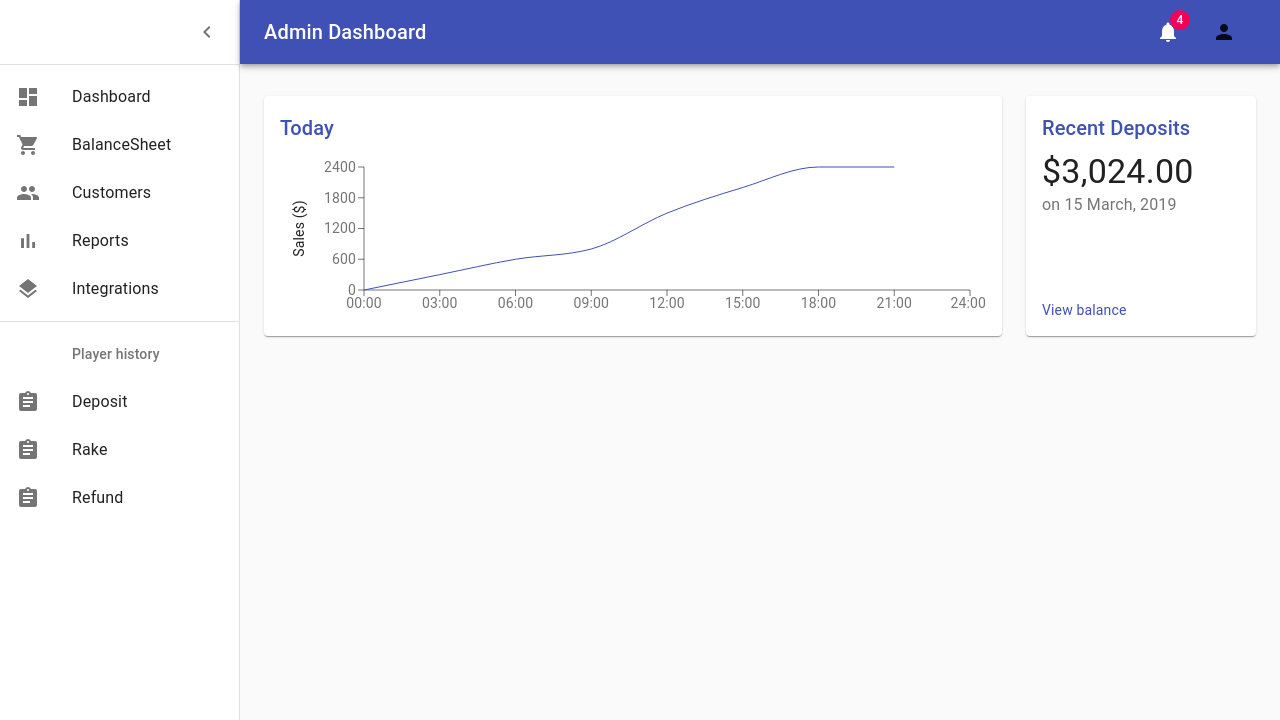
Repository: imayankbisht/ludofrontend
Page: /Dashboard
These files come from the project's save history. The page is drawn as it stood at one moment and after the next save; the edit follows.
The browser window is 1280 px wide. The pictures show the whole page.
The project was rebuilt for these pictures with package versions that can differ from the ones it lists, and the page was loaded fresh each time. Also part of the build but not shown: src/components/Orders.js, src/axios.js, src/components/login.js. Imported but missing from the stored project, and not drawn on this page: src/containers.

Above is the page before, as saved 2021-01-14 22:05:19.

### src/App.js
import React from 'react';
import './App.css';
import {
  BrowserRouter as Router,
  Switch,
  Route,
 Redirect
} from "react-router-dom";
import SignInOutContainer from './containers';
import Dashboard from './components/Dashboard';
import Login from './components/login';
 function App() {
  return (
    <div className="App">
  <Router >
    <Switch>
      <Route path="/login" component={SignInOutContainer} />
      <Route path="/Dashboard" component={Dashboard} />
      <Redirect from="/" to="/login" />
    </Switch>
  </Router>
      </div>
  );
}


export default App;

### src/App.css
.App {
  /* text-align: center; */

}

.App-logo {
  height: 40vmin;
  pointer-events: none;
}

@media (prefers-reduced-motion: no-preference) {
  .App-logo {
    animation: App-logo-spin infinite 20s linear;
  }
}

.App-header {
  background-color: #282c34;
  min-height: 100vh;
  display: flex;
  flex-direction: column;
  align-items: center;
  justify-content: center;
  font-size: calc(10px + 2vmin);
  color: white;
}

.App-link {
  color: #61dafb;
}

@keyframes App-logo-spin {
  from {
    transform: rotate(0deg);
  }
  to {
    transform: rotate(360deg);
  }
}

### src/components/Dashboard.js
import React from 'react';
import clsx from 'clsx';
import { makeStyles } from '@material-ui/core/styles';
import CssBaseline from '@material-ui/core/CssBaseline';
import Drawer from '@material-ui/core/Drawer';
import Box from '@material-ui/core/Box';
import AppBar from '@material-ui/core/AppBar';
import Toolbar from '@material-ui/core/Toolbar';
import List from '@material-ui/core/List';
import Typography from '@material-ui/core/Typography';
import Divider from '@material-ui/core/Divider';
import IconButton from '@material-ui/core/IconButton';
import Badge from '@material-ui/core/Badge';
import Container from '@material-ui/core/Container';
import Grid from '@material-ui/core/Grid';
import Paper from '@material-ui/core/Paper';
// import Link from '@material-ui/core/Link';
import MenuIcon from '@material-ui/icons/Menu';
import ChevronLeftIcon from '@material-ui/icons/ChevronLeft';
import NotificationsIcon from '@material-ui/icons/Notifications';
import { mainListItems, secondaryListItems } from './listItems';
import Chart from './Chart';
import Deposits from './Deposits';
import Orders from './Orders';
import MenuItem from "@material-ui/core/MenuItem";
import MenuList from "@material-ui/core/MenuList";
import Hidden from "@material-ui/core/Hidden";
import Grow from "@material-ui/core/Grow";
import Poppers from "@material-ui/core/Popper";
import ClickAwayListener from "@material-ui/core/ClickAwayListener";
import Person from "@material-ui/icons/Person";
import classNames from "classnames";
import Button from "@material-ui/core/Button";
import {Link} from 'react-router-dom';

const drawerWidth = 240;

const useStyles = makeStyles((theme) => ({
  root: {
    display: 'flex',
  },
  toolbar: {
    paddingRight: 24, // keep right padding when drawer closed
  },
  toolbarIcon: {
    display: 'flex',
    alignItems: 'center',
    justifyContent: 'flex-end',
    padding: '0 8px',
    ...theme.mixins.toolbar,
  },
  appBar: {
    zIndex: theme.zIndex.drawer + 1,
    transition: theme.transitions.create(['width', 'margin'], {
      easing: theme.transitions.easing.sharp,
      duration: theme.transitions.duration.leavingScreen,
    }),
  },
  appBarShift: {
    marginLeft: drawerWidth,
    width: `calc(100% - ${drawerWidth}px)`,
    transition: theme.transitions.create(['width', 'margin'], {
      easing: theme.transitions.easing.sharp,
      duration: theme.transitions.duration.enteringScreen,
    }),
  },
  menuButton: {
    marginRight: 36,
  },
  menuButtonHidden: {
    display: 'none',
  },
  title: {
    flexGrow: 1,
  },
  drawerPaper: {
    position: 'relative',
    whiteSpace: 'nowrap',
    width: drawerWidth,
    transition: theme.transitions.create('width', {
      easing: theme.transitions.easing.sharp,
      duration: theme.transitions.duration.enteringScreen,
    }),
  },
  drawerPaperClose: {
    overflowX: 'hidden',
    transition: theme.transitions.create('width', {
      easing: theme.transitions.easing.sharp,
      duration: theme.transitions.duration.leavingScreen,
    }),
    width: theme.spacing(7),
    [theme.breakpoints.up('sm')]: {
      width: theme.spacing(9),
    },
  },
  appBarSpacer: theme.mixins.toolbar,
  content: {
    flexGrow: 1,
    height: '100vh',
    overflow: 'auto',
  },
  container: {
    paddingTop: theme.spacing(4),
    paddingBottom: theme.spacing(4),
  },
  paper: {
    padding: theme.spacing(2),
    display: 'flex',
    overflow: 'auto',
    flexDirection: 'column',
  },
  fixedHeight: {
    height: 240,
  },
}));

 function Dashboard() {
  const classes = useStyles();
  const [open, setOpen] = React.useState(true);
  const [openProfile, setOpenProfile] = React.useState(null);
  const handleClickProfile = event => {
    if (openProfile && openProfile.contains(event.target)) {
      setOpenProfile(null);
    } else {
      setOpenProfile(event.currentTarget);
    }
  };
  const handleCloseProfile = () => {
    setOpenProfile(null);
  };
  const handleDrawerOpen = () => {
    setOpen(true);
  };
  const handleDrawerClose = () => {
    setOpen(false);
  };
  const fixedHeightPaper = clsx(classes.paper, classes.fixedHeight);

  return (
    <div className={classes.root}>
      <CssBaseline />
      <AppBar position="absolute" className={clsx(classes.appBar, open && classes.appBarShift)}>
        <Toolbar className={classes.toolbar}>
          <IconButton
            edge="start"
            color="inherit"
            aria-label="open drawer"
            onClick={handleDrawerOpen}
            className={clsx(classes.menuButton, open && classes.menuButtonHidden)}
          >
            <MenuIcon />
          </IconButton>
          <Typography component="h1" variant="h6" color="inherit" noWrap className={classes.title}>
          Admin Dashboard
          </Typography>
          <IconButton color="inherit">
            <Badge badgeContent={4} color="secondary">
              <NotificationsIcon />
            </Badge>
          </IconButton>
          <Button
          color={window.innerWidth > 959 ? "transparent" : "white"}
          justIcon={window.innerWidth > 959}
          simple={!(window.innerWidth > 959)}
          aria-owns={openProfile ? "profile-menu-list-grow" : null}
          aria-haspopup="true"
          onClick={handleClickProfile}
          className={classes.buttonLink}
        >
          <Person className={classes.icons} />
          <Hidden mdUp implementation="css">
            <p className={classes.linkText}>Profile</p>
          </Hidden>
        </Button>
        <Poppers
          open={Boolean(openProfile)}
          anchorEl={openProfile}
          transition
          disablePortal
          className={
            classNames({ [classes.popperClose]: !openProfile }) +
            " " +
            classes.popperNav
          }
        >
          {({ TransitionProps, placement }) => (
            <Grow
              {...TransitionProps}
              id="profile-menu-list-grow"
              style={{
                transformOrigin:
                  placement === "bottom" ? "center top" : "center bottom"
              }}
            >
              <Paper>
                <ClickAwayListener onClickAway={handleCloseProfile}>
                  <MenuList role="menu">
                    <MenuItem
                      onClick={handleCloseProfile}
                      className={classes.dropdownItem}
                    >
                      Profile
                    </MenuItem>
                    <MenuItem
                      onClick={handleCloseProfile}
                      className={classes.dropdownItem}
                    >
                      Settings
                    </MenuItem>
                    <Divider light />
                    <Link to="login">
                    <MenuItem
                      onClick={handleCloseProfile}
                      className={classes.dropdownItem}
                    >
                      Logout
                    </MenuItem>
                    </Link>
                  </MenuList>
                </ClickAwayListener>
              </Paper>
            </Grow>
          )}
        </Poppers>
        </Toolbar>
      </AppBar>
      <Drawer
        variant="permanent"
        classes={{
          paper: clsx(classes.drawerPaper, !open && classes.drawerPaperClose),
        }}
        open={open}
      >
        <div className={classes.toolbarIcon}>
          <IconButton onClick={handleDrawerClose}>
            <ChevronLeftIcon />
          </IconButton>
        </div>
        <Divider />
        <List>{mainListItems}</List>
        <Divider />
        <List>{secondaryListItems}</List>
      </Drawer>
      <main className={classes.content}>
        <div className={classes.appBarSpacer} />
        <Container maxWidth="lg" className={classes.container}>
          <Grid container spacing={3}>
            {/* Chart */}
            <Grid item xs={12} md={8} lg={9}>
              <Paper className={fixedHeightPaper}>
                <Chart />
              </Paper>
            </Grid>
            {/* Recent Deposits */}
            <Grid item xs={12} md={4} lg={3}>
              <Paper className={fixedHeightPaper}>
                <Deposits />
              </Paper>
            </Grid>
            {/* Recent Orders */}
            {/* <Grid item xs={12}>
              <Paper className={classes.paper}>
                <Orders />
              </Paper>
            </Grid> */}
          </Grid>

        </Container>
      </main>
    </div>
  );
}
export default Dashboard;

### src/components/listItems.js
import React from 'react';
import ListItem from '@material-ui/core/ListItem';
import ListItemIcon from '@material-ui/core/ListItemIcon';
import ListItemText from '@material-ui/core/ListItemText';
import ListSubheader from '@material-ui/core/ListSubheader';
import DashboardIcon from '@material-ui/icons/Dashboard';
import ShoppingCartIcon from '@material-ui/icons/ShoppingCart';
import PeopleIcon from '@material-ui/icons/People';
import BarChartIcon from '@material-ui/icons/BarChart';
import LayersIcon from '@material-ui/icons/Layers';
import AssignmentIcon from '@material-ui/icons/Assignment';

export const mainListItems = (
  <div>
    <ListItem button>
      <ListItemIcon>
        <DashboardIcon />
      </ListItemIcon>
      <ListItemText primary="Dashboard" />
    </ListItem>
    <ListItem button>
      <ListItemIcon>
        <ShoppingCartIcon />
      </ListItemIcon>
      <ListItemText primary="BalanceSheet" />
    </ListItem>
    <ListItem button>
      <ListItemIcon>
        <PeopleIcon />
      </ListItemIcon>
      <ListItemText primary="Customers" />
    </ListItem>
    <ListItem button>
      <ListItemIcon>
        <BarChartIcon />
      </ListItemIcon>
      <ListItemText primary="Reports" />
    </ListItem>
    <ListItem button>
      <ListItemIcon>
        <LayersIcon />
      </ListItemIcon>
      <ListItemText primary="Integrations" />
    </ListItem>
  </div>
);

export const secondaryListItems = (
  <div>
    <ListSubheader inset>Player history</ListSubheader>
    <ListItem button>
      <ListItemIcon>
        <AssignmentIcon />
      </ListItemIcon>
      <ListItemText primary="Deposit" />
    </ListItem>
    <ListItem button>
      <ListItemIcon>
        <AssignmentIcon />
      </ListItemIcon>
      <ListItemText primary="Rake" />
    </ListItem>
    <ListItem button>
      <ListItemIcon>
        <AssignmentIcon />
      </ListItemIcon>
      <ListItemText primary="Refund" />
    </ListItem>
  </div>
);

### src/components/Deposits.js
import React from 'react';
import Link from '@material-ui/core/Link';
import { makeStyles } from '@material-ui/core/styles';
import Typography from '@material-ui/core/Typography';
import Title from './Title';

function preventDefault(event) {
  event.preventDefault();
}

const useStyles = makeStyles({
  depositContext: {
    flex: 1,
  },
});

export default function Deposits() {
  const classes = useStyles();
  return (
    <React.Fragment>
      <Title>Recent Deposits</Title>
      <Typography component="p" variant="h4">
        $3,024.00
      </Typography>
      <Typography color="textSecondary" className={classes.depositContext}>
        on 15 March, 2019
      </Typography>
      <div>
        <Link color="primary" href="#" onClick={preventDefault}>
          View balance
        </Link>
      </div>
    </React.Fragment>
  );
}

Loaded but not shown: public/index.html (common file); src/index.js (common file); src/index.css (common file); src/serviceWorker.js (common file); src/components/Chart.js (common file); src/components/Title.js (common file)

After the next save:
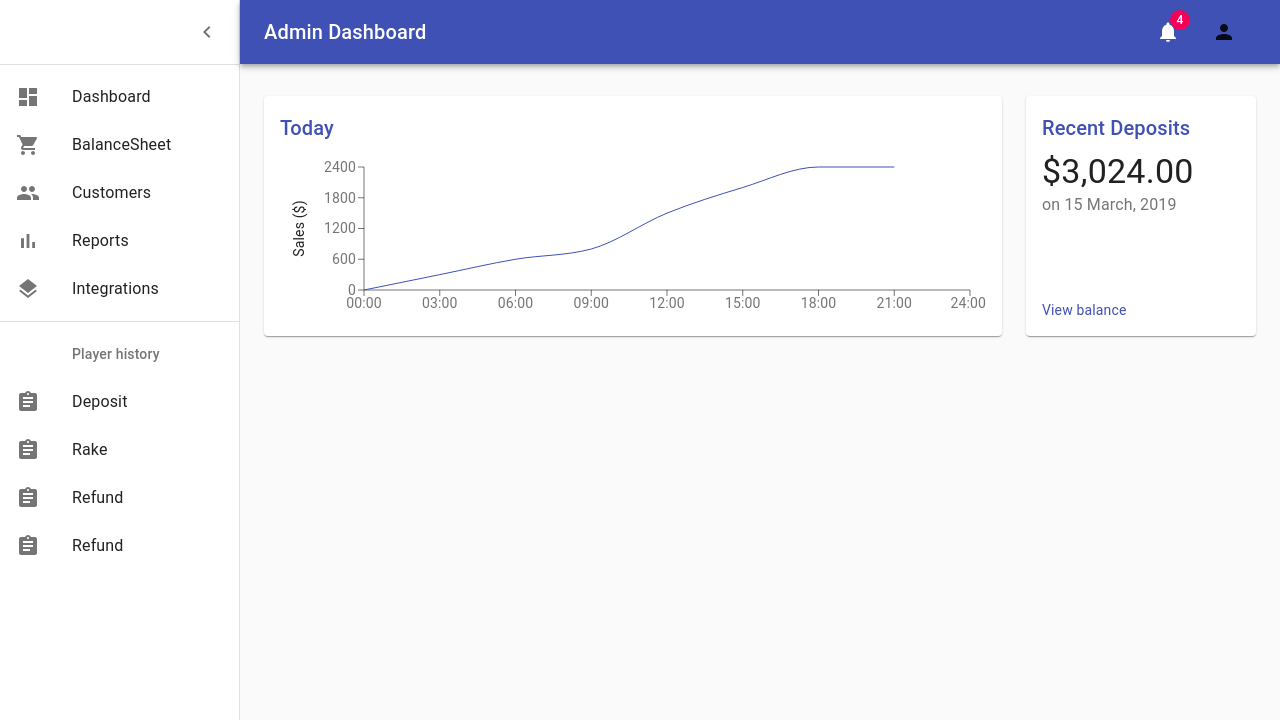
Saved 7 s later.
--- a/src/components/listItems.js
+++ b/src/components/listItems.js
@@ -66,5 +66,11 @@ export const secondaryListItems = (
       </ListItemIcon>
       <ListItemText primary="Refund" />
     </ListItem>
+    <ListItem button>
+      <ListItemIcon>
+        <AssignmentIcon />
+      </ListItemIcon>
+      <ListItemText primary="Refund" />
+    </ListItem>
   </div>
 );
